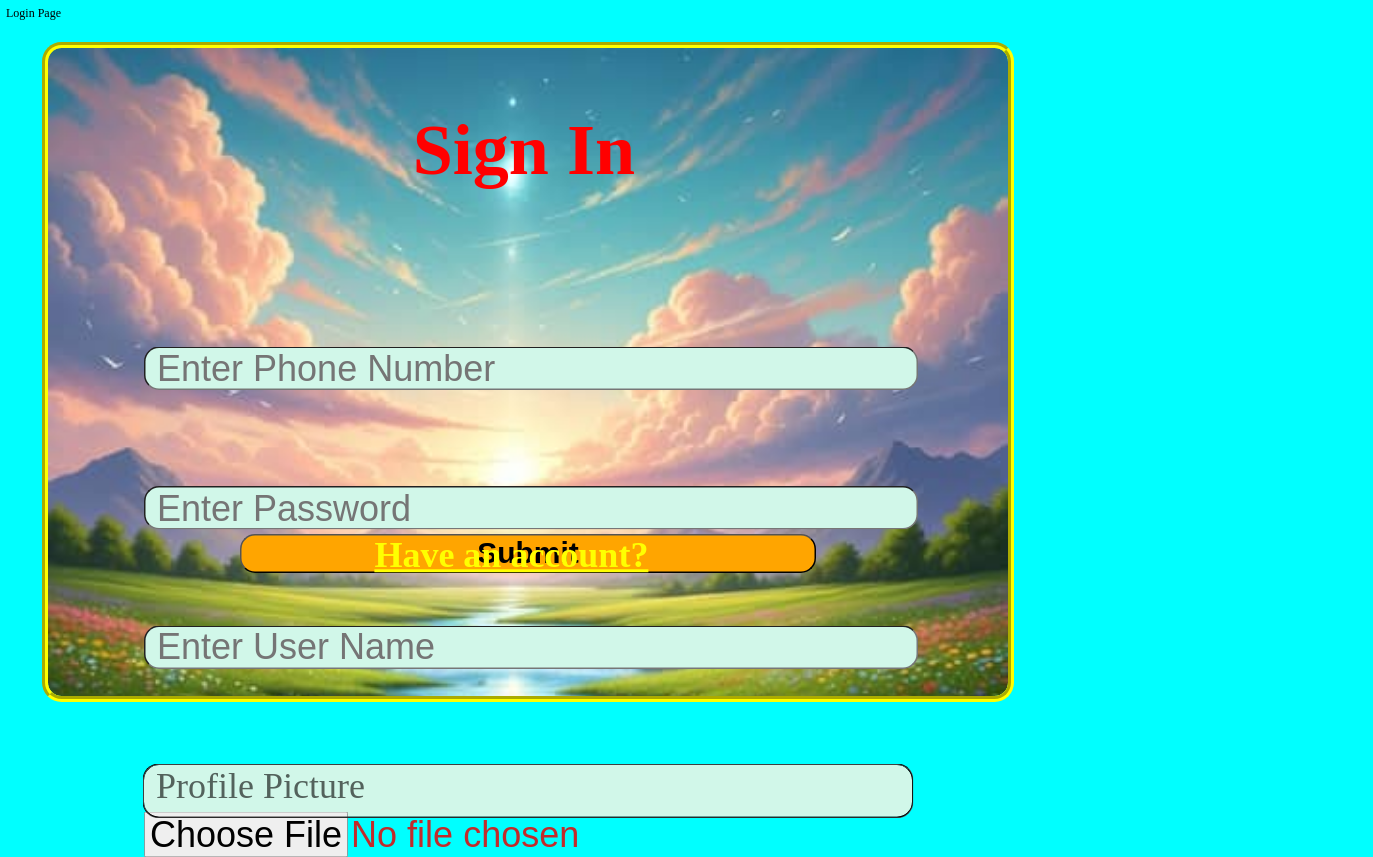
Repository: Amani-Kibet/express-app-web
Page: pages/signup/signIn.html
The author's editor kept a copy of each file at every save. The page is drawn from the files as they stood at one save, then again after the next save.
The browser window is 1280 px wide. The page is 1830 px wide, so the pictures cover 1830 px, including what lies to the right of the window. The pictures show the whole page, at 75% of full size.

Above is the page before, as saved 2025-09-28 17:34:23.

### pages/signup/signIn.html
<!DOCTYPE html>
<head>
  <meta name="viewport" content="width= device-width, initial-scale=1.0"
  <title> Login Page</title>
  <style>
  #board{
    background: url(/pictures/p1.png);
    background-size: cover;
    width: 100vw;
    height: 120vh;
    border-radius: 18px;
    outline: 8px groove yellow;
    position: absolute;
    top: 4rem;
    left: 4rem;
  }
  h2{
    color: red;
    position: relative;
    left: 38%;
    font-size: 6rem
  }
  .inputs{
    width: 80%;
    height: 6%;
    position: relative;
    left: 10%;
    margin-top: 10%;
    border-radius: 20px;
    color: blue;
    font-size: 3em;
    background-color: rgb(209, 247, 233);
  }
  #picC{
    display: flex;
    flex-direction: column;
    height: 14%;
    gap: 10%;
    height: 8%;
    outline: 2px groove black;
    color: rgb(194, 43, 43);
  }
  #picI{
    font-size: 1em;
  }
  #picT{
    font-size: 1em;
    opacity: 0.6;
    font-style: normal;
    position: relative;
    left: 1rem;
    color: black;
  }
  #submit{
    background: orange;
    position: absolute;
    width: 60%;
    height: 6%;
    top: 75%;
    left: 20%;
    border-radius: 20px;
    font-size: 2.5em;
    font-weight: bold;
  }
  #msg{
    background: lightblue;
    width: 70%;
    height: 50%;
    border-radius: 10px;
    position: absolute;
    bottom: 30%;
    left: 15%;
    outline: 4px groove yellow;
    display: none;
  }
  .prog{
    border-radius: 100%;
    position: absolute;
    top: 4%;
    left: 4%;
    outline: 20px groove yellow;
    font-size: 8em;
  }
  #prog2{
      transform: rotateY(90deg)
  }
  #progC{
    transform-style: preserve-3d;
    animation: spin 4s ease-in-out infinite;
  }
  #msgT{
    position: relative;
    top: 36%;
    left: 10%;
    color: blue;
    font-weight: bold;
    font-size: 4em;
    width: 80%;
    height: 20%;
  }
  #loginT{
    position: relative;
    top: 20%;
    left: 12%;
    color: rgb(255, 60, 0);
    font-weight: 500;
    font-size: 5em;
    width: 80%;
    height: 25%;
  }
  .links{
    position: absolute;
    font-weight: 800;
    font-size: 3em;
    color: yellow;
    top: 75%;
    left: 34%
  }
  @keyframes spin{
    0%{transform: rotateY(0deg) rotateX(0deg) translateX(0px)}
    50%{transform: rotateY(360deg) rotateX(60deg) translateX(50px)}
    100%{transform: rotateY(0deg) rotateX(0deg) translateX(0px)}
  }
  </style>
</head>
<body bgColor="cyan">
  <div id="board">
    <h2>Sign In</h2>
    <input type="number" class="inputs" id="phoneI" placeholder=" Enter Phone Number">
    <input type="password" class="inputs" id="passI" placeholder=" Enter Password">
    <input type="text" class="inputs" id="nameI" placeholder=" Enter User Name">
    <div id="picC" class="inputs">
      <i id="picT">Profile Picture</i>
    <input id="picI" type="file" name="image">
    </div>
  <button id="submit" onclick="f1()">Submit</button>
  <a class="links" id="link1" href="/pages/signup/logIn.html">Have an account?</a>
    <div id="msg">
      <div id="progC">
        <div id="prog1" class="prog">🔴</div>
      <div id="prog2" class="prog">🟢</div>
      </div>
      <p id="loginT">Please wait...</p>
      <h3 id="msgT">No text returned</h3>
    </div>
  </div>
</body>
<script>
  let bt1= document.getElementById("submit")
  let msgT= document.getElementById("msgT")
  let msg= document.getElementById("msg")

function f1(){
  let phoneI= document.getElementById("phoneI").value;
  let passI= document.getElementById("passI").value;
  let nameI= document.getElementById("nameI").value;
  let picI= document.getElementById("picI").files[0];

  let folder= new FormData()
  folder.append("image", picI)
  folder.append("json", JSON.stringify({phone: `${phoneI}`, pass: `${passI}`, name: `${nameI}`}))


  fetch("/path1", {
    method: "POST",
    body: folder
  })
  .then(type=> type.text())
  .then(data=> {
  msg.style.display="block";
  msgT.innerHTML=`${phoneI} ${data}`
  setTimeout(()=>{
  msg.style.display="none";
  window.location.href="/pages/signup/login.html"
}, 8000);
})

  fetch("/path2", {
    method: "POST",
    body: env
  });

}
</script>
</html>

After the next save:
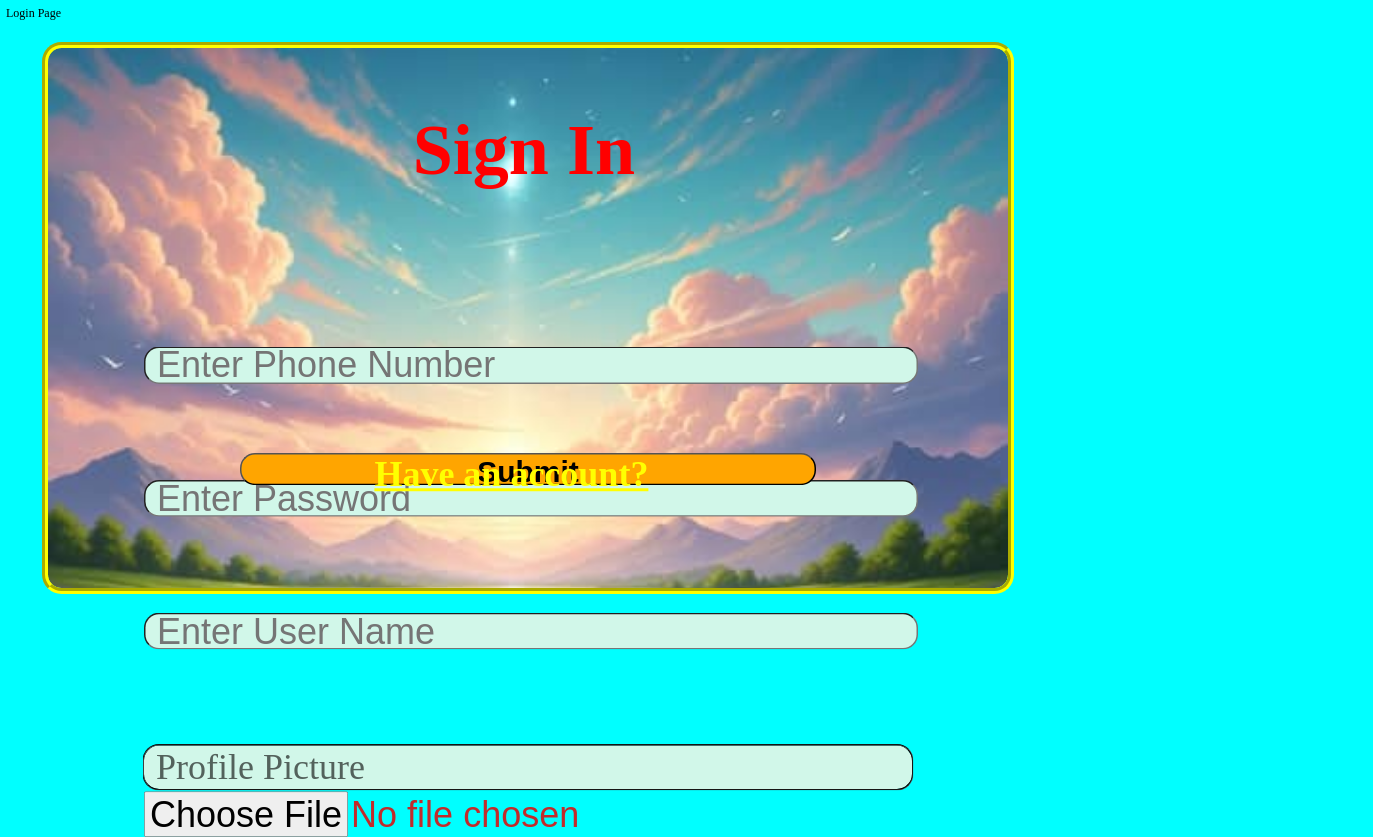
Saved 10 s later.
--- a/pages/signup/signIn.html
+++ b/pages/signup/signIn.html
@@ -7,7 +7,7 @@
     background: url(/pictures/p1.png);
     background-size: cover;
     width: 100vw;
-    height: 120vh;
+    height: 100vh;
     border-radius: 18px;
     outline: 8px groove yellow;
     position: absolute;
